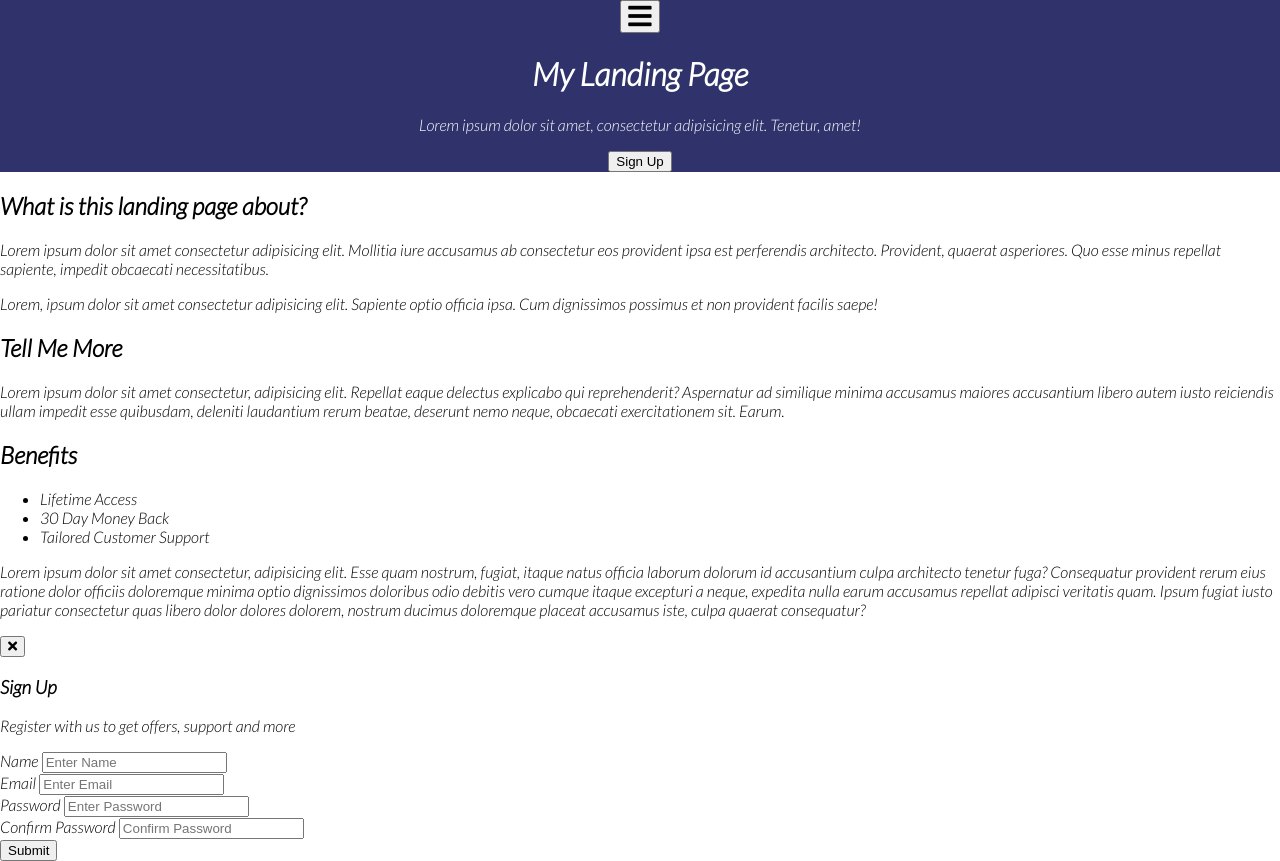
Repository: CAMPSLOPY/MenuSliderWithLandingPage
Page: index.html
The author's editor kept a copy of each file at every save. The page is drawn from the files as they stood at one save, then again after the next save.
The browser window is 1280 px wide. The pictures show the whole page.
Some web libraries are served in a nearby version.

Above is the page before, as saved 2021-01-21 14:20:29.

### index.html
<!DOCTYPE html>
<html lang="en">
  <head>
    <meta charset="UTF-8" />
    <meta name="viewport" content="width=device-width, initial-scale=1.0" />
    <meta http-equiv="X-UA-Compatible" content="ie=edge" />
    <meta name="robots" content="index,follow" />
    <meta
      name="description"
      content="This App shows on menu bar is been controlled with Html,Css and Javascript.."
    />
    <link
      rel="stylesheet"
      href="https://cdnjs.cloudflare.com/ajax/libs/font-awesome/5.11.2/css/all.min.css"
      integrity="sha256-+N4/V/SbAFiW1MPBCXnfnP9QSN3+Keu+NlB+0ev/YKQ="
      crossorigin="anonymous"
    />
    <link rel="stylesheet" href="/styles.css" />
    <link rel="icon" href="" />
    <title>MenuSliderPage</title>
  </head>
  <body>
    <nav>
      <div class="logo">
        <img src="https://randomuser.me/api/portraits/men/76.jpg" alt="user" />
      </div>
      <ul>
        <li><a href="#">Home</a></li>
        <li><a href="#">Portfolio</a></li>
        <li><a href="#">Blog</a></li>
        <li><a href="#">Contact Me</a></li>
      </ul>
    </nav>

    <header>
      <button id="toggle" class="toggle">
        <i class="fa fa-bars fa-2x"></i>
      </button>

      <h1>My Landing Page</h1>

      <p>
        Lorem ipsum dolor sit amet, consectetur adipisicing elit. Tenetur, amet!
      </p>

      <button class="cta-btn" id="open">Sign Up</button>
    </header>

    <div class="container">
      <h2>What is this landing page about?</h2>
      <p>
        Lorem ipsum dolor sit amet consectetur adipisicing elit. Mollitia iure
        accusamus ab consectetur eos provident ipsa est perferendis architecto.
        Provident, quaerat asperiores. Quo esse minus repellat sapiente, impedit
        obcaecati necessitatibus.
      </p>
      <p>
        Lorem, ipsum dolor sit amet consectetur adipisicing elit. Sapiente optio
        officia ipsa. Cum dignissimos possimus et non provident facilis saepe!
      </p>

      <h2>Tell Me More</h2>

      <p>
        Lorem ipsum dolor sit amet consectetur, adipisicing elit. Repellat eaque
        delectus explicabo qui reprehenderit? Aspernatur ad similique minima
        accusamus maiores accusantium libero autem iusto reiciendis ullam
        impedit esse quibusdam, deleniti laudantium rerum beatae, deserunt nemo
        neque, obcaecati exercitationem sit. Earum.
      </p>

      <h2>Benefits</h2>
      <ul>
        <li>Lifetime Access</li>
        <li>30 Day Money Back</li>
        <li>Tailored Customer Support</li>
      </ul>

      <p>
        Lorem ipsum dolor sit amet consectetur, adipisicing elit. Esse quam
        nostrum, fugiat, itaque natus officia laborum dolorum id accusantium
        culpa architecto tenetur fuga? Consequatur provident rerum eius ratione
        dolor officiis doloremque minima optio dignissimos doloribus odio
        debitis vero cumque itaque excepturi a neque, expedita nulla earum
        accusamus repellat adipisci veritatis quam. Ipsum fugiat iusto pariatur
        consectetur quas libero dolor dolores dolorem, nostrum ducimus
        doloremque placeat accusamus iste, culpa quaerat consequatur?
      </p>
    </div>

    <!-- Modal -->
    <div class="modal-container" id="modal">
      <div class="modal">
        <button class="close-btn" id="close">
          <i class="fa fa-times"></i>
        </button>
        <div class="modal-header">
          <h3>Sign Up</h3>
        </div>
        <div class="modal-content">
          <p>Register with us to get offers, support and more</p>
          <form class="modal-form">
            <div>
              <label for="name">Name</label>
              <input
                type="text"
                id="name"
                placeholder="Enter Name"
                class="form-input"
              />
            </div>
            <div>
              <label for="email">Email</label>
              <input
                type="email"
                id="email"
                placeholder="Enter Email"
                class="form-input"
              />
            </div>
            <div>
              <label for="password">Password</label>
              <input
                type="password"
                id="password"
                placeholder="Enter Password"
                class="form-input"
              />
            </div>
            <div>
              <label for="password2">Confirm Password</label>
              <input
                type="password"
                id="password2"
                placeholder="Confirm Password"
                class="form-input"
              />
            </div>
            <input type="submit" value="Submit" class="submit-btn" />
          </form>
        </div>
      </div>
    </div>
    <script src="app.js"></script>
  </body>
</html>

### styles.css
@import url("https://fonts.googleapis.com/css2?family=Lato:ital,wght@1,300&display=swap");

:root {
  --modal-duration: 1s;
  --primary-color: #30336b;
  --secondary-color: #be2edd;
}
* {
  box-sizing: border-box;
}
body {
  font-family: "Lato", sans-serif;
  margin: 0;
}

/* NAVBAR STYLING */
nav {
  width: 200px;
  height: 100vh;
  position: fixed;
  top: 0;
  left: 0;
  background-color: var(--primary-color);
  transform: translateX(-100%);
  border-right: 2px solid rgba(200, 200, 200, 0.1);
  color: #fff;
  z-index: 100;
}

nav .logo {
  text-align: center;
  padding: 30px 0;
  margin: auto;
}

nav img {
  width: 75px;
  height: 75px;
  border-radius: 50%;
}

nav ul {
  list-style-type: none;
  padding: 0;
  margin: 0;
}
nav ul li {
  border-bottom: 2px solid rgba(200, 200, 200, 0.1);
  padding: 20px;
}
nav ul li:first-of-type {
  border-top: 2px solid rgba(200, 200, 200, 0.1);
}
nav ul li a {
  text-decoration: none;
  color: #fff;
}
nav ul li a:hover {
  text-decoration: underline;
}

/* STYLING THE MAIN PAGE */

header {
  color: #fff;
  background-color: var(--primary-color);
  position: relative;
  text-align: center;
  width: 100vw;
  min-height: 20vh;
  padding: ;
}

Loaded but not shown: app.js (no copy from this time; the picture is the same without it)

After the next save:
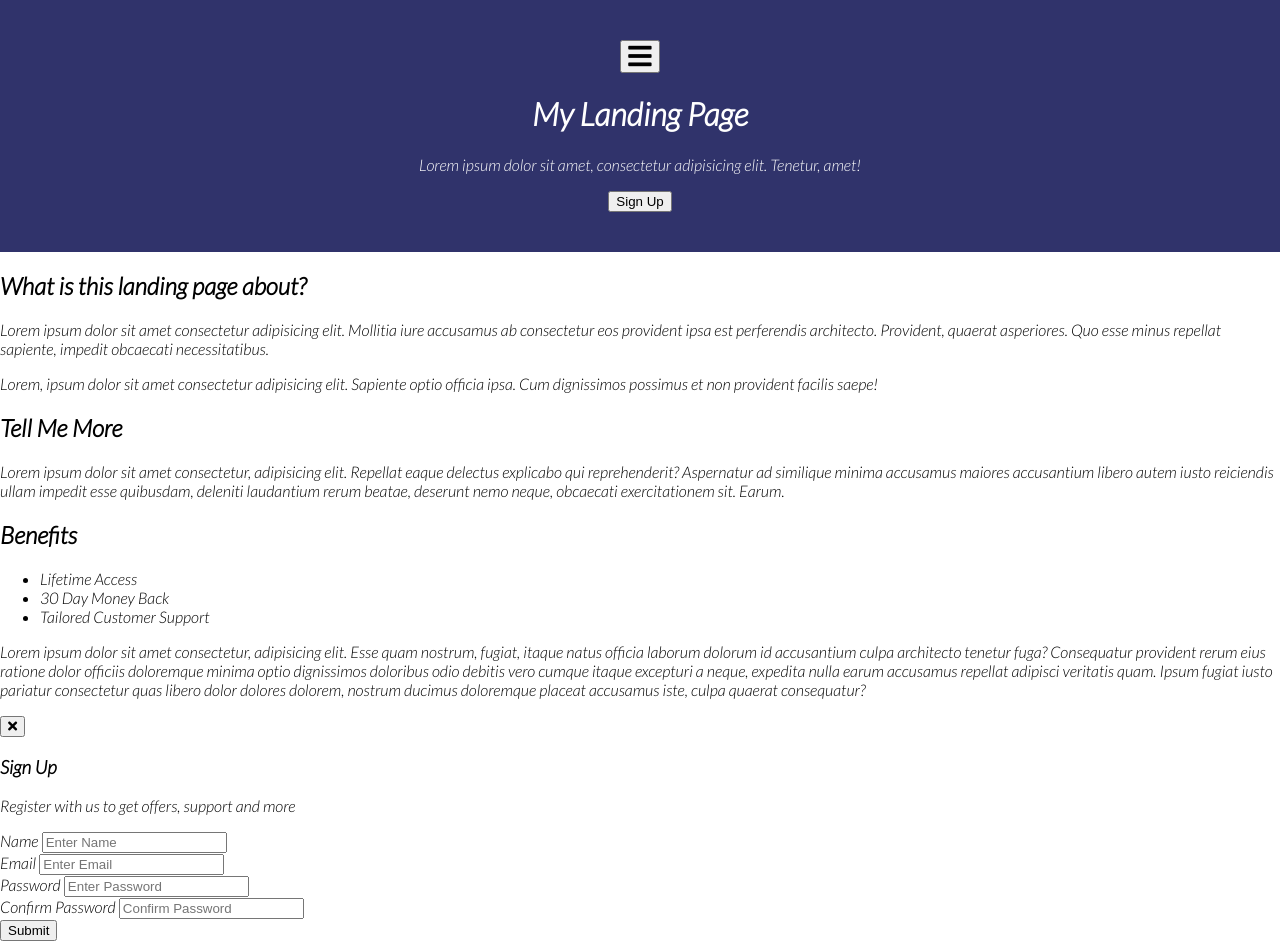
Saved 4 s later.
--- a/styles.css
+++ b/styles.css
@@ -68,5 +68,5 @@ header {
   text-align: center;
   width: 100vw;
   min-height: 20vh;
-  padding: ;
+  padding: 40px 15px;
 }
